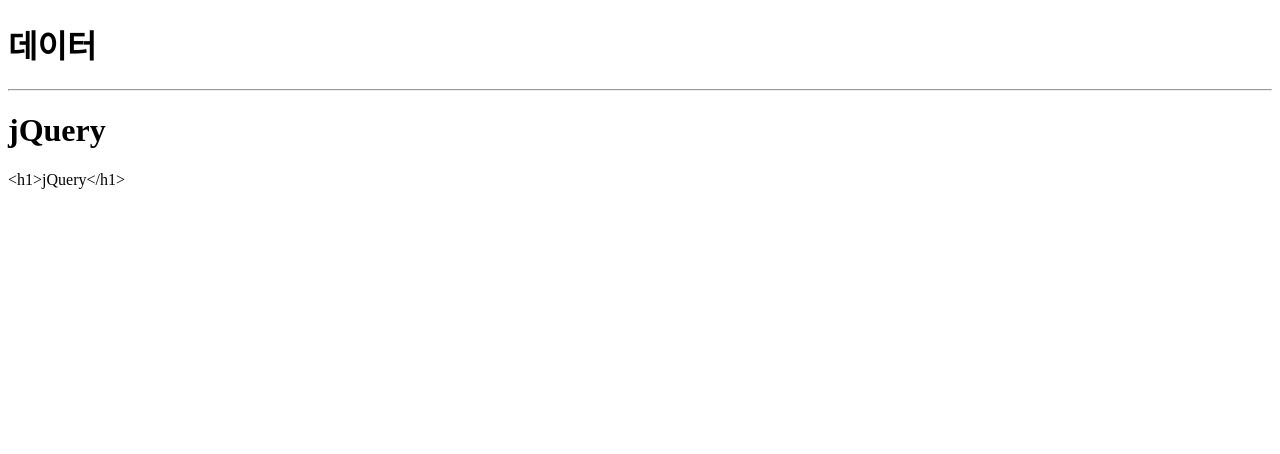
Repository: chlguswns1/web-practice
Page: jQuery/src/main/webapp/03_DOM_Operation.html
The author's editor kept a copy of each file at every save. The page is drawn from the files as they stood at one save, then again after the next save.
The browser window is 1280 px wide. The pictures show the whole page.

Above is the page before, as saved 2023-03-09 09:14:20.

### jQuery/src/main/webapp/03_DOM_Operation.html
<!DOCTYPE html>
<html>
<head>
  <meta charset="UTF-8">
  <title>문서 객체 조작</title>

  <style type="text/css">
     .first {color:red;}
     .second {color:pink;}
     .third {color:orange;}
  </style>

  <script src="./js/jquery-3.6.3.js"></script>
  <script type="text/javascript">
/* 1. 문서 객체의 클래스 속성 추가
// - addClass() : 문서 객체의 클래스 속성을 추가.
    // 예제1. 매개변수에 문자열 입력.
	$(function(){
		$('h1').addClass('item');//클래스라는 속성에 아이템이 보여짐
		//입력으로 문자열 데이터를 전달하면 내부에서는 아이템이라는 이름을 추가해주는 매서드구나
	});

    // 예제2. 매개변수에 함수 입력.
	$(function(){
		$('h1').addClass(function(index) {
			return 'item_' + index;
		});
	});
	*/

/* 2. 문서 객체의 클래스 속성 제거 */
// - removeClass(): 문서 객체의 클래스 속성을 제거.
// - 여러 개의 클래스 속성 중 선택적으로 제거.



/* 3. 문서 객체의 속성 검사
// -attr(): .속성과 관련된 모든 기능 수행.
//             .첫번째 문서 객체의 속성 출력.
	$(function() {
		var src = $('img').attr('src');

		alert(src);
	})
 */

/* 4. 문서 객체의 속성 추가 */
// - attr() 메서드 사용.
// - 3가지 형태로 사용.
	//$(function(){
//1) $(selector).attr(name,value);
		//$('img').attr('width','200');

//2) $(selector).attr(name,function(index){});
 	/* 	$('img').attr('width',function(index){
 		return(index + 1) * 100;
 		}); */

//3) $(selector).attr(object);
	/* $('img').attr({
		width:function(index){
			return(index + 1) * 100;
		},
		height:100
	})
 		*/
	//s});
/* 5. 문서 객체의 속성 제거 */
// - removeAttr(name):문서 객체의 속성을 제거해 주는 메서드.




/* 6. 문서 객체의 스타일 검사
// - css(): 스타일과 관련된 모든 기능을 수행.

	$(function() {
		var color = $('h1').css('color')
		alert(color);
	})

 */

/* 7. 문서 객체의 스타일 추가 */
//- 사용형태 3가지
//$(function() {
// 1) $(selector).css(name, value);
		//$('h1').css('color','blue');

// 2) $(selector).css(name, function(index) { });
//   . 선택자로 선택한 문서 객체에 개별적으로 스타일 속성을 적용하고 싶을 때 사용하는 방법.
	/* var color = ['red','green','blue'];

	$('h1').css('color',function(index){
		return color[index];
	});

// 3) $(selector).css(object);
	var color = ['red','green','blue'];

	$('h1').css({
		color:function(index){return color[index]; },
		background:'black'
	});
});
*/
/* 8. 문서 객체의 내부 검사


 $(function() {
//- 기존 자바스크립트에서 문서 객체의 innerHTML 속성과 관련된 jQuery 메서드.
//- 1) html(): 문서 객체 내부의 글자와 관련된 모든 기능을 수행.
	var html = $('h1').html();
	alert(html);

//- 2) text():
//   . 문서 객체 내부의 글자와 관련된 모든 기능을 수행.
//   . 선택자로 선택한 모든 문서 객체의 글자를 가져와 출력.
//텍스트 노드에 작성되어져있는 데이터를 읽어와줌
	var text = $('h1').text();
	alert(text);
 });
 */
/* 9. 문서 객체의 내부 추가
// 1) $(selector).html(value);
//       -> HTML 태그를 인식해 문자열 삽입.

	$(function(){
		$('div').html('<h1>$().html()</h1>');


//    $(selector).text(value);
//       -> HTML 태그를 인식하지 않음.
		$('div').text('<h1>$().html()</h1>');

	});
	*/
//  2) $(selector).html(function(index, html){});
//      $(selector).text(function(index, html){});

	/* $(function(){
		$('div').html(function(index, html){
			return '<h1>Header - '+index+'</h1>';
		});

	}); */
/*
	$(function(){
		$('div').text(function(index, html){
			return '<h1>Header - '+index+'</h1>';
		});

	});
*/

/* 10. 문서 객체의 내부 제거
// 1) remove(): 특정 문서 객체를 제거.
// 2) empty() : 특정 문서 객체의 후손을 모두 제거.

	$(function() {
		$('h1').first().remove();//소스코드에서도 삭제
	})

		$(function() {
		$('h1').first().empty();//소스코드에서도 삭제
	})
*/

/* 11. 문서 객체의 생성(1)
//- 텍스트 노드를 갖는 문서 객체를 생성하는 방법.
//- $(): 문서 객체 생성.
//- $() 함수의 매개 변수에 HTML 태그를 문자열로 넣기만 하면 문서 객체가 생성됨.

//- 생성한 문서 객체를 body 태그에 추가하는 방법1.
	//$(document).ready(function(){});
	$(function() {
		$('<h1></h1>').html('Hello jQuery').appendTo('body');//바디태그 뒤에다 붙여주겠다ㄴ
	})

//- $() 메서드의 내부에 HTML 태그를 바로 넣어 body 태그에 추가하는 방법2
	$(function() {
		$('<h1>Hello jQuery</h1>').appendTo('body');
	})
	 */

/* 12. 문서 객체의 생성(2) */
//- 텍스트 노드를 갖지 않는 문서 객체를 생성하는 방법.

/* 	$(function() {
		$('<img/>').attr('src','img/Koala.jpg').appendTo('body');
	})

	$(function() {
		$('<img/>').attr({
			src:'img/Koala.jpg',
			width:'350',
			hight:'250'
		}).appendTo('body');
	})
*/


/* 13. 문서 객체의 삽입(1) */
//- $(A).appendTo(B)  : A를 B의 뒷 부분(자식 요소)에 추가한다.
//- $(A).prependTo(B)  : A를 B의 앞 부분(자식 요소)에 추가한다.
//- $(A).insertAfter(B)  : A를 B의 뒤(형제요소)에 추가한다.
//- $(A).insertBefore(B)  : A를 B의 앞(형제요소)에 추가한다.


/* 14. 문서 객체의 삽입(2) */
//- $(A).append(B) : B를 A의 뒷 부분(자식 요소)에 추가한다.
//- $(A).prepend(B) : B를 A의 앞 부분에 추가한다.
//- $(A).after(B)    : B를 A의 뒤에 추가한다.
//- $(A).before(B)   : B를 A의 앞에 추가한다.

//- 모든 메서드 사용 방법 동일
//- 1. $(selector).append(content, content, ....... , content)

	$(function() {
		var h1 = '<h1>Header 1</h1>';
	})

//- 2. $(selector).append(function(index){});


//- 3.



/* 15. 문서 객체의 이동 */
//- 기존에 존재하는 문서 객체를 선택하고 문서 객체 삽입 메서드를 사용하면, 문서 객체를 쉽게 다른 곳으로 이동시킬 수 있다.



/* 16. 문서 객체의 복제 */
//- 기존 문서 객체를 선택하고 문서 객체 삽입 메서드를 사용하면, 문서 객체가 이동.


//=========
//- clone() : 문서 객체 복제.
//- $(selector).clone()
//  $(selector).clone(Boolean dataAndEvents)
//  $(selector).clone(Boolean dataAndEvents, Boolean deepDataAndEvents)




</script>
</head>

<body>

<!-- 1. 문서 객체의 클래스 속성 추가
    <h1>Header-0</h1>
    <h1>Header-1</h1>
    <h1>Header-2</h1>
 -->

<!-- 2. 문서 객체의 클래스 속성 제거
    <h1 class="item">Header-0</h1>
    <h1 class="item select">Header-1</h1>
    <h1 class="item">Header-2</h1>
-->

<!-- 3/4. 문서 객체의 속성 검사/추가
    <img src="img/Koala.jpg" />
    <img src="img/Penguins.jpg" />
    <img src="img/Tulips.jpg" />
 -->

<!-- 5. 문서 객체의 속성 제거
    <h1 data-index="0">Header-0</h1>
    <h1 data-index="1">Header-1</h1>
    <h1 data-index="2">Header-2</h1>
 -->

<!-- 6. 문서 객체의 스타일 검사
    <h1 class="first">Header-0</h1>
    <h1 class="second">Header-1</h1>
    <h1 class="third">Header-2</h1>
-->

<!-- 7/8. 문서 객체의 스타일 추가
    <h1>Header-0</h1>
    <h1>Header-1</h1>
    <h1>Header-2</h1>
-->

<!-- 9-1. 문서 객체의 내부 추가
    <div></div>
    <div></div>
    <div></div>
 -->

<!-- 9-2. 문서 객체의 내부 추가
    <h1>Header-0</h1>
    <h1>Header-1</h1>
    <h1>Header-2</h1>
 -->

<!-- 10. 문서 객체의 내부 제거
    <div>
        <h1>Header-0</h1>
        <h1>Header-1</h1>
    </div>
v-->

<!-- 14. 문서 객체의 삽입(2)
    <div>
       <b>데이터</b>
       <ul id="name_region"></ul>
    </div>
 -->

<!-- 14. 문서 객체의 삽입(3)-->
    <header>
    	<h1>데이터</h1>
    </header>


<!-- 15. 문서 객체의 이동
    <img src="img/Chrysanthemum.jpg" />
    <img src="img/Desert.jpg" />
    <img src="img/Hydrangeas.jpg" />
    <img src="img/Koala.jpg" />
    <img src="img/Penguins.jpg" />
    <img src="img/Tulips.jpg" />
-->

<!-- 16. 문서 객체의 복제
    <h1>HEADER</h1>
    <hr />
    <div></div>
    <hr />
 -->
 	<hr>
 	<h1>jQuery</h1>
	&lt;h1&gt;jQuery&lt;/h1&gt;
</body>
</html>

Loaded but not shown: jQuery/src/main/webapp/js/jquery-3.6.3.js (library)

After the next save:
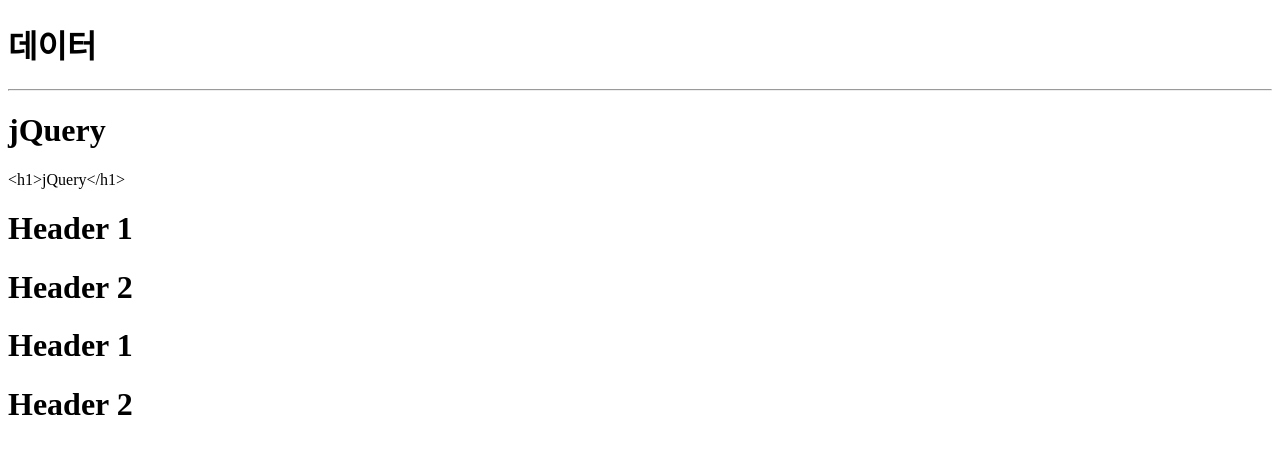
Saved 49 s later.
--- a/jQuery/src/main/webapp/03_DOM_Operation.html
+++ b/jQuery/src/main/webapp/03_DOM_Operation.html
@@ -218,6 +218,9 @@
 
 	$(function() {
 		var h1 = '<h1>Header 1</h1>';
+		var h2 = '<h1>Header 2</h2>';
+
+		$('body').append(h1,h2,h1,h2);
 	})
 
 //- 2. $(selector).append(function(index){});

After the save that followed:
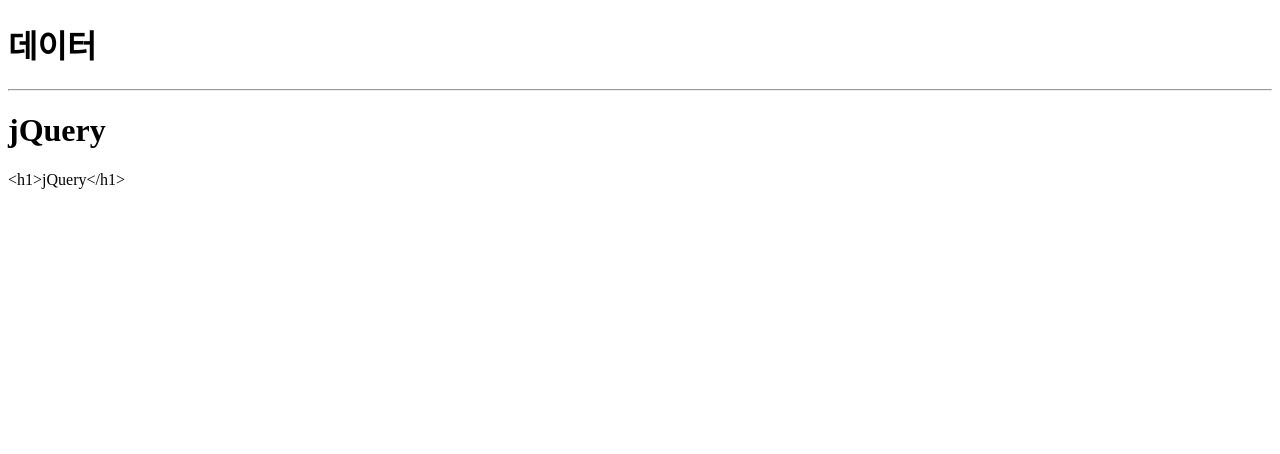
Saved 3 min 48 s later.
--- a/jQuery/src/main/webapp/03_DOM_Operation.html
+++ b/jQuery/src/main/webapp/03_DOM_Operation.html
@@ -207,7 +207,7 @@
 //- $(A).insertBefore(B)  : A를 B의 앞(형제요소)에 추가한다.
 
 
-/* 14. 문서 객체의 삽입(2) */
+/* 14. 문서 객체의 삽입(2)
 //- $(A).append(B) : B를 A의 뒷 부분(자식 요소)에 추가한다.
 //- $(A).prepend(B) : B를 A의 앞 부분에 추가한다.
 //- $(A).after(B)    : B를 A의 뒤에 추가한다.
@@ -222,8 +222,8 @@
 
 		$('body').append(h1,h2,h1,h2);
 	})
-
-//- 2. $(selector).append(function(index){});
+ */
+//- 2. $(selector).append(function(index,value){});
 
 
 //- 3.
